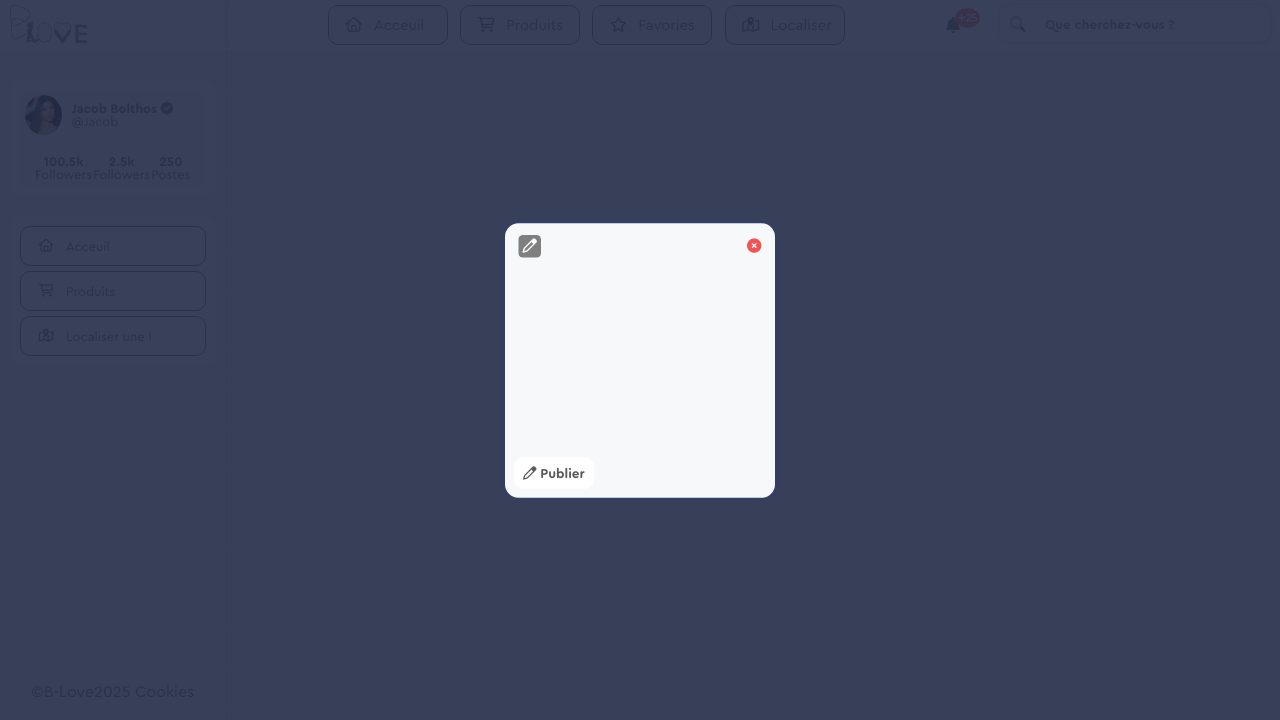
Repository: moomoony-log/b-love
Page: /home
The author's editor kept a copy of each file at every save. The page is drawn from the files as they stood at one save, then again after the next save.
The browser window is 1280 px wide. The pictures show the whole page.
The project was rebuilt for these pictures with package versions that can differ from the ones it lists, and the page was loaded fresh each time. Also part of the build but not shown: vite.config.ts, src/rules/legacy.tsx, src/rules/privacy.tsx, src/components/basic/notification.tsx, src/view/auth.tsx, src/view/main/acceuil.tsx, src/view/main/dashbord.tsx, src/view/main/info-account.tsx and 3 more.

Above is the page before, as saved 2025-10-14 19:03:35.

After the next save:
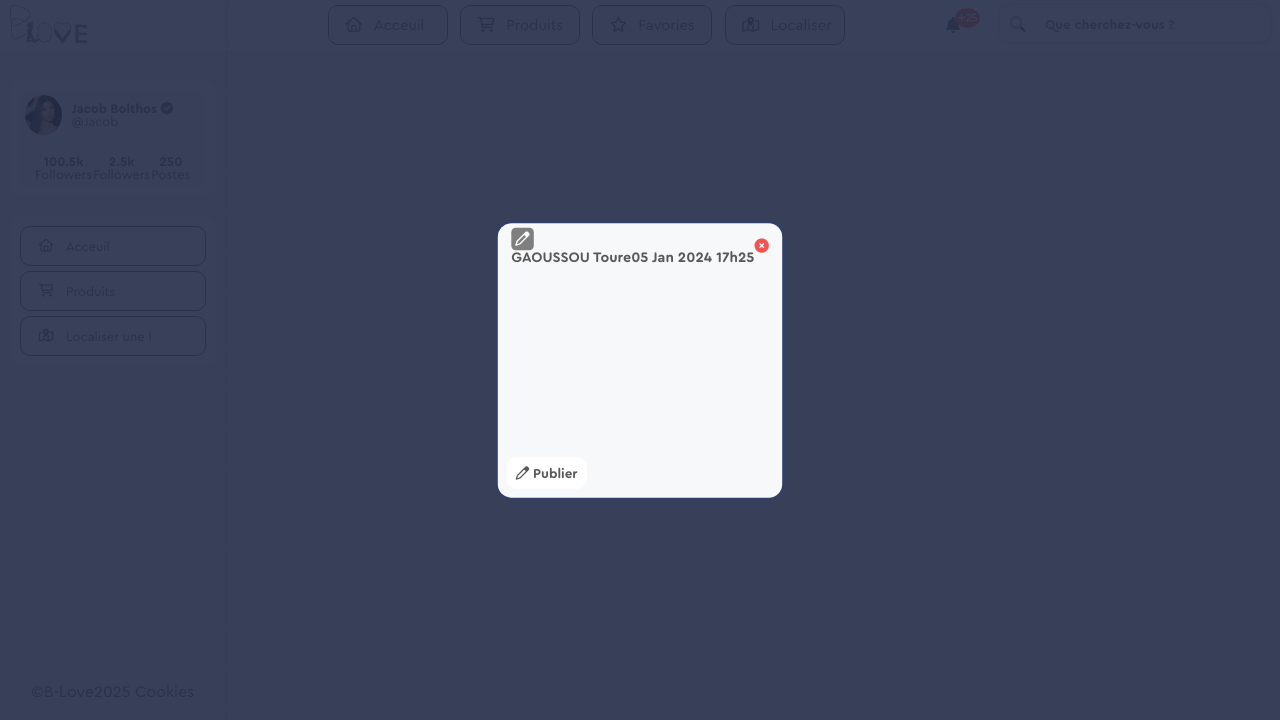
Saved 101 s later.
--- a/src/components/basic/modals/pubItem.tsx
+++ b/src/components/basic/modals/pubItem.tsx
@@ -7,8 +7,11 @@ const ItemPub = () => {
                 <div className="box">
                     <div className="modal-head">
                         <div className="title">
-
                             <i className="fa-regular fa-pen"></i>
+                            <div className="identity">
+                                <span>GAOUSSOU Toure</span>
+                                <span>05 Jan 2024 17h25</span>
+                            </div>
                          </div>
                         <span className="exit"><i className="fa-solid fa-circle-xmark"></i></span>
                     </div>
